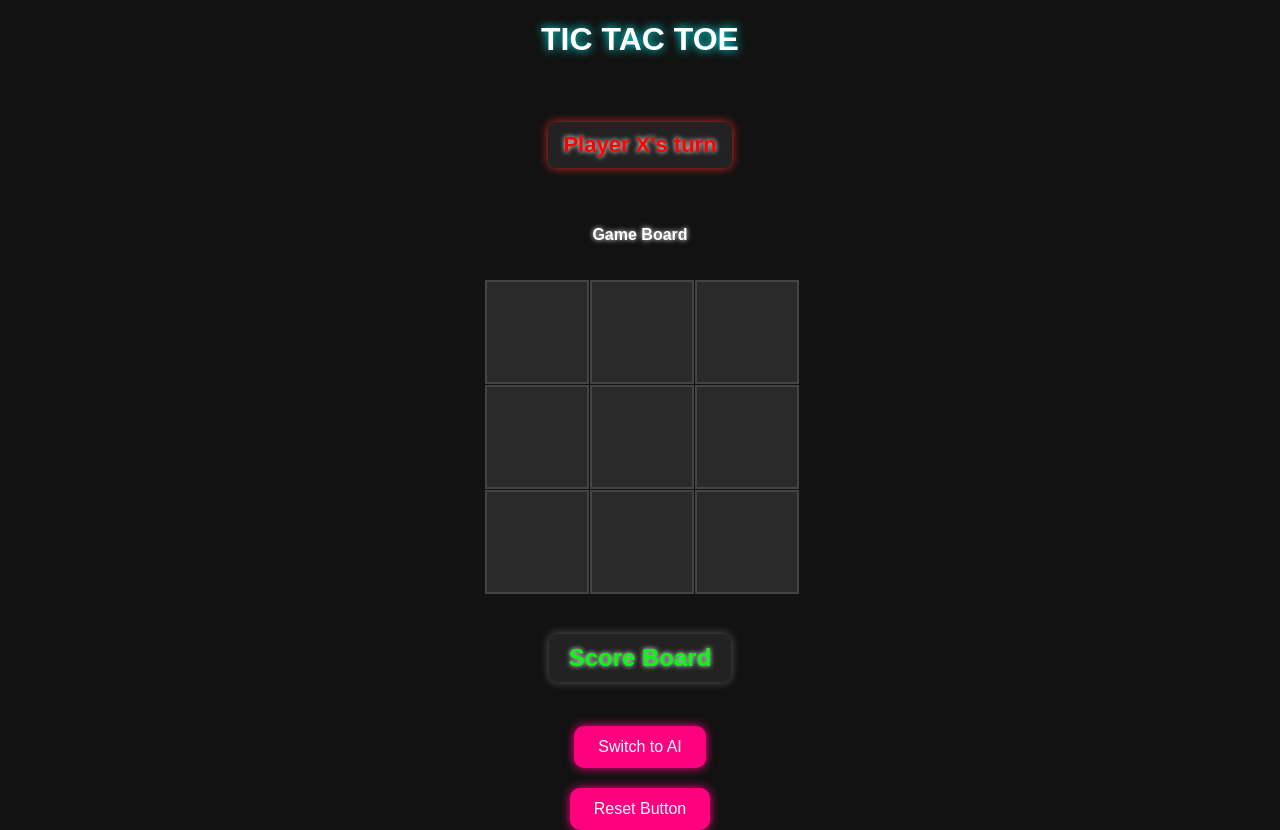
Repository: Yash19075/TicTacToe-game
Page: TicTacToe.html
An editor plug-in stored every save of this project. The page is shown before and after the next save, followed by the edit.
The browser window is 1280 px wide. The pictures show the whole page.

Above is the page before, as saved 2025-03-09 11:18:43.

### TicTacToe.html
<!DOCTYPE html>
<html lang="en">
<head>
    <meta charset="UTF-8">
    <meta name="viewport" content="width=device-width, initial-scale=1.0">
    <title>TicTacToe</title>
    <link rel="stylesheet" href="TicTacToe.css">
</head>
<body>
    <h1>TIC TAC TOE</h1>

    <p class="player-turn">Player X's turn</p>

    <p class="game-board">Game Board</p>
    <div class="css-board">
        <div class="cell" onclick="handleClick(0)"></div>
        <div class="cell" onclick="handleClick(1)"></div>
        <div class="cell" onclick="handleClick(2)"></div>
        <div class="cell" onclick="handleClick(3)"></div>
        <div class="cell" onclick="handleClick(4)"></div>
        <div class="cell" onclick="handleClick(5)"></div>
        <div class="cell" onclick="handleClick(6)"></div>
        <div class="cell" onclick="handleClick(7)"></div>
        <div class="cell" onclick="handleClick(8)"></div>
    </div>
    <p class="score-board">Score Board</p>
    <button class="css-switchButton">Switch to AI</button>
    <button class="css-resetButton" onclick="button_reset()">Reset Button</button>

    <script src="TicTacToe.js"></script>
</body>
</html>

### TicTacToe.css
body {
    display: flex;
    justify-content: center;
    align-items: center;
    flex-direction: column;
    /* height: 100vh; */
    margin: 0;
    gap: 20px;
    background-color: #121212;
    color: white;
    font-family: Arial, sans-serif;
}

h1 {
    font-size: 32px;
    text-shadow: 0 0 10px #00ffff;
}


.css-board {
    display: grid;
    grid-template-columns: repeat(3, 100px);
    grid-template-rows: repeat(3, 100px);
    gap: 5px;
}

/* Game Board Cells */
.css-board div {
    display: flex;
    justify-content: center;
    align-items: center;
    border: 2px solid #444;
    background-color: #2a2a2a;
    color: #00ffff; /* Neon cyan */
    font-size: 36px;
    font-weight: bold;
    width: 100px;
    height: 100px;
    text-shadow: 0 0 10px #00ffff;
    transition: background-color 0.3s ease-in-out, box-shadow 0.3s;
}

/* Hover effect on empty cells */
.css-board div:hover {
    background-color: #333;
    box-shadow: 0 0 10px #00ffff;
    cursor: pointer;
}

/* Buttons */
.css-switchButton, .css-resetButton {
    padding: 12px 24px;
    border-radius: 10px;
    cursor: pointer;
    font-size: 16px;
    border: none;
    background-color: #ff007f; /* Neon pink */
    color: white;
    box-shadow: 0 0 10px #ff007f;
    transition: transform 0.2s ease-in-out, background-color 0.3s, box-shadow 0.3s;
}

.css-switchButton:hover, .css-resetButton:hover {
    background-color: #ff00ff; /* Brighter glow */
    box-shadow: 0 0 15px #ff00ff;
    transform: scale(1.1);
}

.score-board {
    font-size: 24px;
    font-weight: bold;
    padding: 10px 20px;
    border-radius: 8px;
    background-color: #222; /* Dark background */
    color: rgb(6, 251, 14);
    text-shadow: 0 0 5px #ffffff;
    box-shadow: 0 0 10px rgba(255, 255, 255, 0.3);
    transition: background-color 0.3s ease-in-out, box-shadow 0.3s ease-in-out;
}

.player-turn {
    font-size: 22px;
    font-weight: bold;
    padding: 10px 15px;
    border-radius: 8px;
    background-color: #222; /* Dark background */
    color: red;
    text-shadow: 0 0 5px #ffffff;
    box-shadow: 0 0 10px rgba(255, 43, 43, 0.838);
    transition: background-color 0.3s ease-in-out, box-shadow 0.3s ease-in-out, color 0.3s;
}

.game-board {
    font-family: Arial, Helvetica, sans-serif;
    font-weight: bold;
    color: white;
    text-shadow: 0 0 5px #ffffff;
}

### TicTacToe.js
let board = ["","","","","","","","",""];
move = 'X';
const cells = document.querySelectorAll(".css-board div");
console.log(cells)

let cellCount = 0;
let winningPattern = [
    [0,1,2],
    [3,4,5],
    [6,7,8],
    [0,3,6],
    [1,4,7],
    [2,5,8],
    [0,4,8],
    [2,4,6]
]

// for (let i = 0; i < cells.length; i++) {
//     cells[i].onclick = function () {
//         handleClick(i);
//     };
// }

function winner() {
    for (let pattern of winningPattern)
    {
        let pos0 = cells[pattern[0]].innerText;
        let pos1 = cells[pattern[1]].innerText;
        let pos2 = cells[pattern[2]].innerText;
        // console.log(pos0,pos1,pos2);
        if(pos0 != "" && pos1!= "" && pos2 != "")
        {
            if(pos0 === pos1 && pos1 === pos2)
            {
                // console.log("Winner");
                document.querySelector(".score-board").innerText = `${pos0}'s Win`;
                for (let cell of cells) {
                    cell.onclick = null;
                    cell.classList.add("disabled");
                }
            return pos0;
            }
        }
        if(cellCount == 9)
        {
            document.querySelector(".score-board").innerText = `Its a draw`;
        }
    }
}



function handleClick(index) {
 if(move === 'X')
    {
        document.querySelector(".player-turn").innerHTML = `Player 0's turn`;
    }
    else
    {
        document.querySelector(".player-turn").innerHTML = `Player X's turn`
    }
    if (cells[index].innerHTML === '') {
        cells[index].innerHTML = move;
        move = move === 'X' ? 'O' : 'X';
        cells[index].onclick = null;
        cellCount++;
        console.log(cellCount);
    }
    winner();
}

function button_reset() {
    for(let i = 0; i <cells.length; i++)
    {
        cells[i].innerHTML = '';
        board[i] = '';
        document.querySelector(".score-board").innerText = 'ScoreBoard';
        cells[i].onclick = function() { handleClick(i); };
        document.querySelector(".player-turn").innerHTML = `Player X's turn`;
        cellCount = 0;
    }
    move = 'X'
}

After the next save:
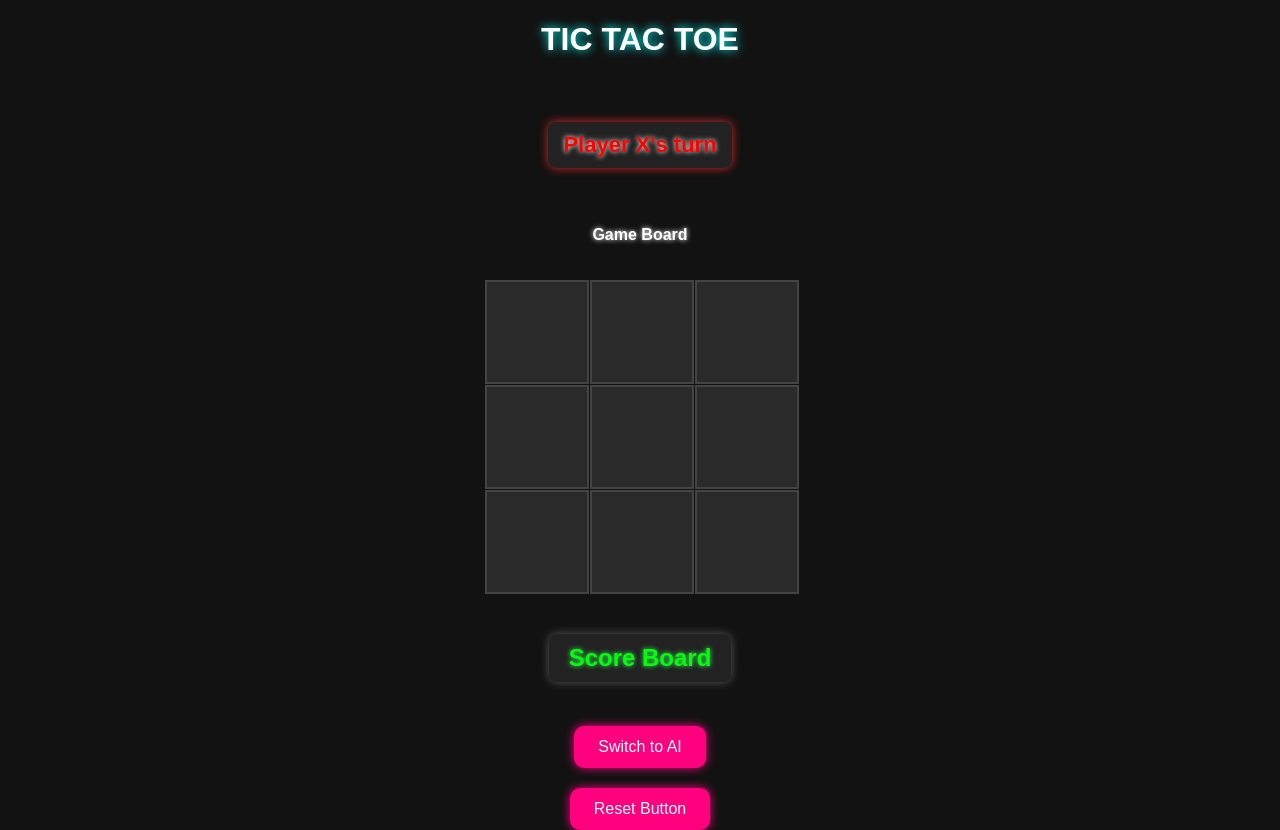
Saved 16 s later.
--- a/TicTacToe.css
+++ b/TicTacToe.css
@@ -73,7 +73,7 @@ h1 {
     border-radius: 8px;
     background-color: #222; /* Dark background */
     color: rgb(6, 251, 14);
-    text-shadow: 0 0 5px #ffffff;
+    text-shadow: 0 0 5px #35ff53;
     box-shadow: 0 0 10px rgba(255, 255, 255, 0.3);
     transition: background-color 0.3s ease-in-out, box-shadow 0.3s ease-in-out;
 }
